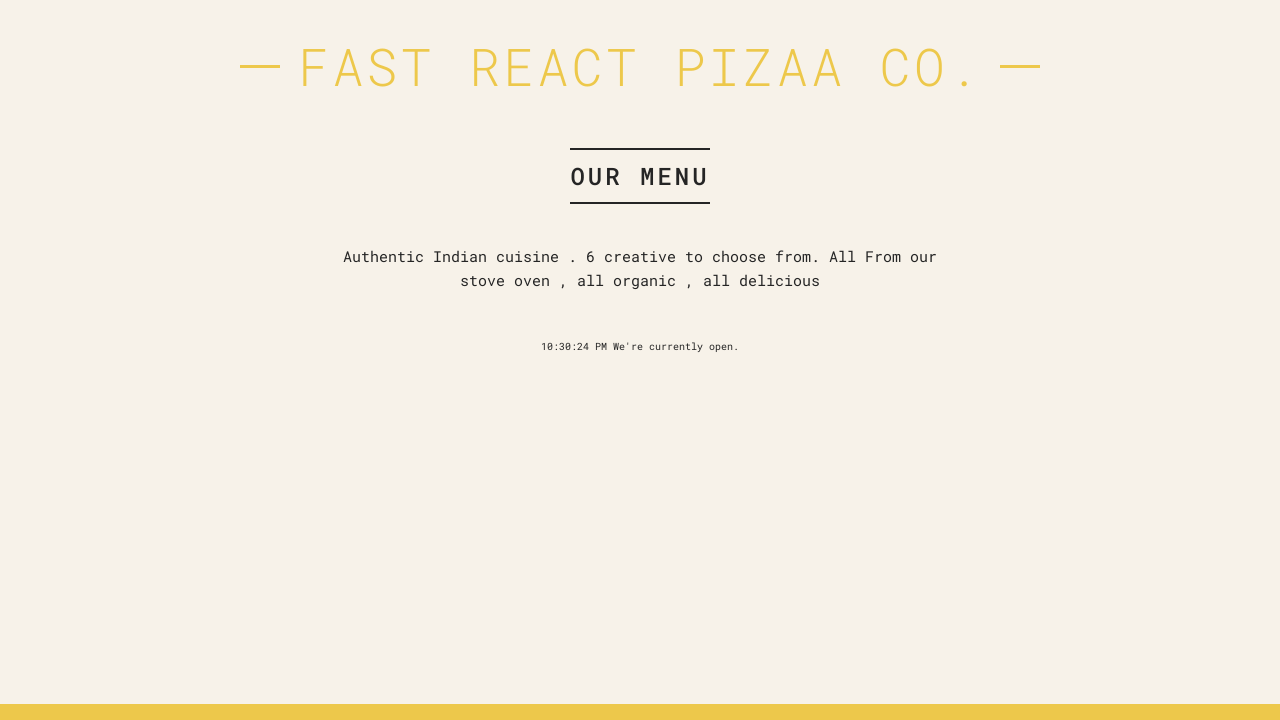
Repository: balaji-ummadisetty/reactPropsPractice
Page: /
An editor plug-in stored every save of this project. The page is shown before and after a run of saves, followed by the edit.
The browser window is 1280 px wide. The pictures show the whole page.
The project was rebuilt for these pictures with package versions that can differ from the ones it lists, and the page was loaded fresh each time. Also part of the build but not shown: vite.config.js, src/index.css.

Above is the page before, as saved 2024-05-08 22:51:24.

After the next 3 saves:
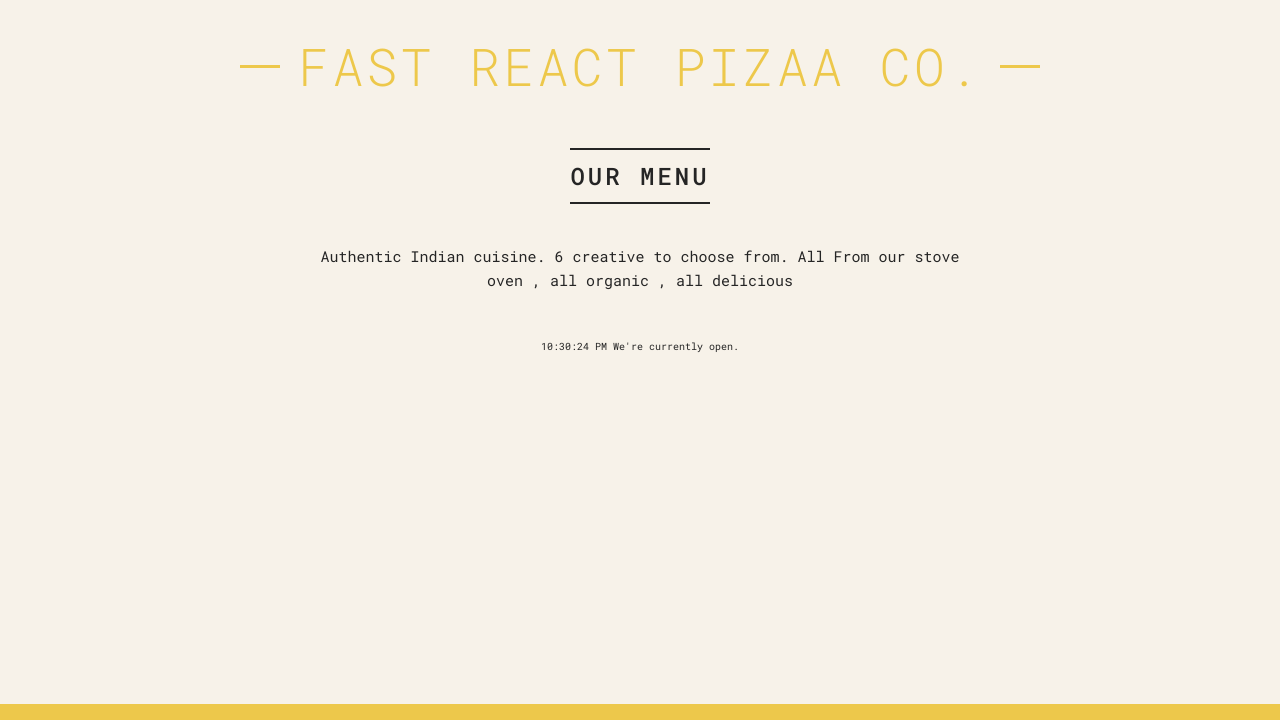
The 3 saves are shown as one change because they came seconds apart.
The last was saved 15 s later.
--- a/src/App.jsx
+++ b/src/App.jsx
@@ -24,7 +24,7 @@ const Menu =()=>{
     return (
         <main className="menu" >
         <h2>Our menu</h2>
-        <p>Authentic Indian cuisine . 6 creative to choose from. All From our stove oven , all organic , all delicious</p>
+        <p>Authentic Indian cuisine. 6 creative to choose from. All From our stove oven , all organic , all delicious</p>
         </main>
     )
 }
